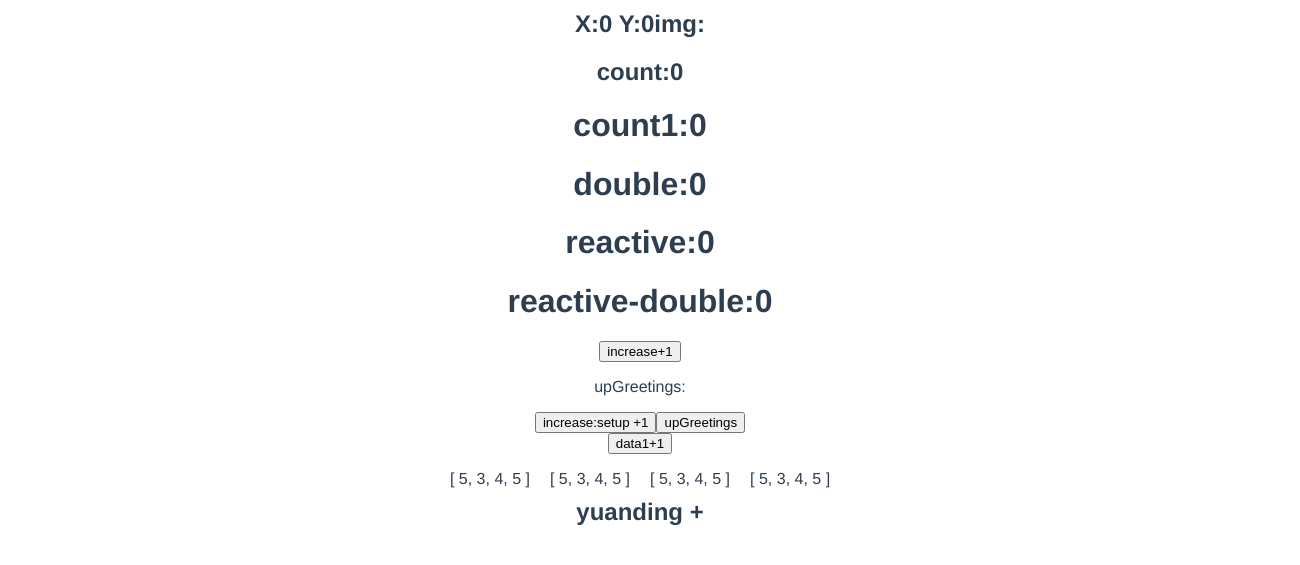
Repository: yuandinghh/vue3t2
Page: /
These files come from the project's save history. The page is drawn as it stood at one moment and after the next save; the edit follows.
The browser window is 1280 px wide. The page is 1290 px wide, then 1300 px, so the pictures cover 1300 px, including what lies to the right of the window. The pictures show the whole page.
The page's requests for data from a server got no answer. The project was rebuilt for these pictures with package versions that can differ from the ones it lists, and the page was loaded fresh each time. No one was signed in, and anything a server would have sent is missing.

Above is the page before, as saved 2023-02-27 02:24:28.

### public/index.html
<!DOCTYPE html>
<html lang="ts">

<head>
  <meta charset="utf-8">
  <meta http-equiv="X-UA-Compatible" content="IE=edge">
  <meta name="viewport" content="width=device-width,initial-scale=1.0">
  <link rel="icon" href="<%= BASE_URL %>favicon.ico">
  <style>
    body {
      margin: 0px;
      padding: -10px;

    }
  </style>
  <title> vue3</title>
</head>

<body>
  <noscript>
    <strong>We're sorry but <%= htmlWebpackPlugin.options.title %> doesn't work properly without JavaScript enabled.
        Please enable it to continue.</strong>
  </noscript>
  <div id="app"></div>
  <!-- built files will be auto injected -->
</body>

</html>

### src/App.vue

<template>
  <div id="app">
    <!-- <img alt="Vue logo" src="./assets/logo.png" /> -->
    <HelloWorld msg="Welcome to Your Vue.js + TypeScript App" />
  </div>
</template>

<script lang="ts">
import { defineComponent } from "vue";
import HelloWorld from "./components/HelloWorld.vue";
// const let a =1;
export default defineComponent({
  name: "App",

  components: {
    HelloWorld,
  },
});
</script>

<style>
#app {
  font-family: Avenir, Helvetica, Arial, sans-serif;
  -webkit-font-smoothing: antialiased;
  -moz-osx-font-smoothing: grayscale;
  text-align: center;
  color: #2c3e50;
  margin-top: 20px;
}

</style>

### src/components/HelloWorld.vue
<template>
  <div class="hello">
    <h2 v-if="loading">Loadin>>>>>.message  v-if="loaded"</h2>
    <img v-if="loaded"  :src="img">   <!--   <img v-if="loaded" :src="img"> 加了v-if="loaded"  反而无法显示 (子程序出错) -->
    <h2>X:{{ x }} Y:{{ y }}img:{{ img }}</h2>
    <h2>count:{{ count }}</h2>
    <h1>count1:{{ count1 }}</h1>
    <h1>double:{{ double }}</h1>
    <h1>reactive:{{ data1.count }}</h1>
    <h1>reactive-double:{{ data1.double }}</h1>
    <button @click="increase">increase+1</button>
    <div>
      <p>upGreetings:{{ greetings }}</p>
      <button @click="increase1">increase:setup +1</button>
      <button @click="upGreetings">upGreetings</button>
    </div>
    <button @click="data1.increase">data1+1</button>
    <ul>
      <li v-for="number in numbers" :key="number"> {{ numbers }}</li>
    </ul>
  </div>
  <h2> {{ person.name }} + {{}}</h2>
</template>

<script lang="ts">
//todo
//bug
//tag
import { defineComponent } from "vue";
import { ref, computed, reactive, toRefs, watch } from "vue";  //torefs 响应式函数,onMounted,onUnmounted onMounted,onUpdated,onRenderTriggered,
import useMousePosition from '../hooks/useMousePosition'  //获得外部函数
import useURLloader from '../hooks/useURLloader'

interface Dp {
  count: number;
  double: number;
  increase: () => void;
  numbers: number[];
  person: { name?: string }
}

export default defineComponent({
  name: "HelloWorld",
  props: {
    msg: String,
  },
  setup() {
    const { x, y } = useMousePosition()
    // onMounted(()=>{   //加载
    //   console.log('onMounted')
    // });
    // onUpdated(()=>{
    //   console.log('onUpdated')   ///更新 加载函数
    // });
    // onRenderTriggered((event) => {  //跟踪页面数值变化
    //   console.l og(event)
    // })
    const { img, result, loading, loaded } = useURLloader('https://dog.ceo/api/breeds/image/random');

    console.log("result: " + result.value + "  loading:" + loading.value + "  loaded:" + loaded)
    console.log("img::::: " + img.value)
    console.log("img " + img)
    console.log("result.value: " + result.value)

    const greetings = ref('')
    const upGreetings = () => {
      greetings.value += 'hello!'
    }
    // const x = ref(0);    const y = ref(0)  //已经转移到新的文件夹中
    // const upateMouse = (e:MouseEvent) => {  //监控屏幕坐标
    //   x.value = e.pageX
    //   y.value = e.pageY
    // }
    //   onMounted(() => {
    //     document.addEventListener('click', upateMouse)
    //   })
    //   onUnmounted(()=> {
    //     document.removeEventListener('click',upateMouse)
    //   })
    watch(greetings, (newValue, oldValue) => {  //监控 点击前后数值
      console.log("newValue: " + newValue + "  oldValue:" + oldValue)
      document.title = 'updated' + greetings.value
    });

    const count1 = ref(0);
    // const double = computed(() => {
    //   return count1.value * 2;
    // });
    const increase1 = () => {
      count1.value++;
    };

    const data1: Dp = reactive({
      count: 0,
      increase: () => { data1.count++; },
      double: computed(() => data1.count * 3),
      numbers: [0, 3, 4, 5],
      person: {}
    });
    data1.numbers[0] = 5
    data1.person.name = "yuanding"
    const refdata = toRefs(data1) //
    refdata.double
    return {
      count1,
      increase1,      //double,
      data1,
      upGreetings,
      greetings,
      x, y, img,
      result,
      loaded, loading,
      ...refdata    //全部响应式对象
    };
  },
  data() {
    return {
      count: 0,
    };
  },

  methods: {
    increase() {
      this.count++;
    },
  },
});
</script>
ø
<!-- Add "scoped" attribute to limit CSS to this component only -->
<style scoped>
.hello{
  padding: -10px;
  margin: -10px;
}
  h1 h2  h3 {
  margin: 40px 0 0;
  padding: -10px;
}

ul {
  list-style-type: none;
  padding: 0;
}

li {
  display: inline-block;
  margin: 0 10px;
}

a {
  color: #42b983;
}
</style>

### src/hooks/useMousePosition.ts
import { ref, onMounted, onUnmounted }   from 'vue'
function  useMousePosition() {
    const x = ref(0); const y = ref(0)
    const upateMouse = (e: MouseEvent) => {  //监控屏幕坐标
        x.value = e.pageX
        y.value = e.pageY
    }
    onMounted(() => {
        document.addEventListener('click', upateMouse)
    })
    onUnmounted(() => {
        document.removeEventListener('click', upateMouse)
    })
    return {x,y}
}
export default useMousePosition

### src/hooks/useURLloader.ts
import axios from 'axios';
import { ref } from 'vue'

function useURLloader(url: string) {
    const result = ref(null)
    const loading = ref(true)
    const loaded = ref(false)
    const error = ref(null)
    const img = ref('')    //ref(String)

    axios.get(url).then((rawData) => {
        console.log("rawData:" + rawData)
        loading.value = false
        loaded.value = true
        result.value = rawData.data.message
        console.log('ts:result.value:' + result.value)
        img.value = rawData.data.message
        console.log('img:?' + img.value)
        console.log(rawData.data.status)
    }).catch((e) => {
        error.value = e
        loading.value = false
        console.log(e)
    })
    return {
        result, loaded, loading, error, img
    }
}
export default useURLloader

Loaded but not shown: src/main.ts (common file)

After the next save:
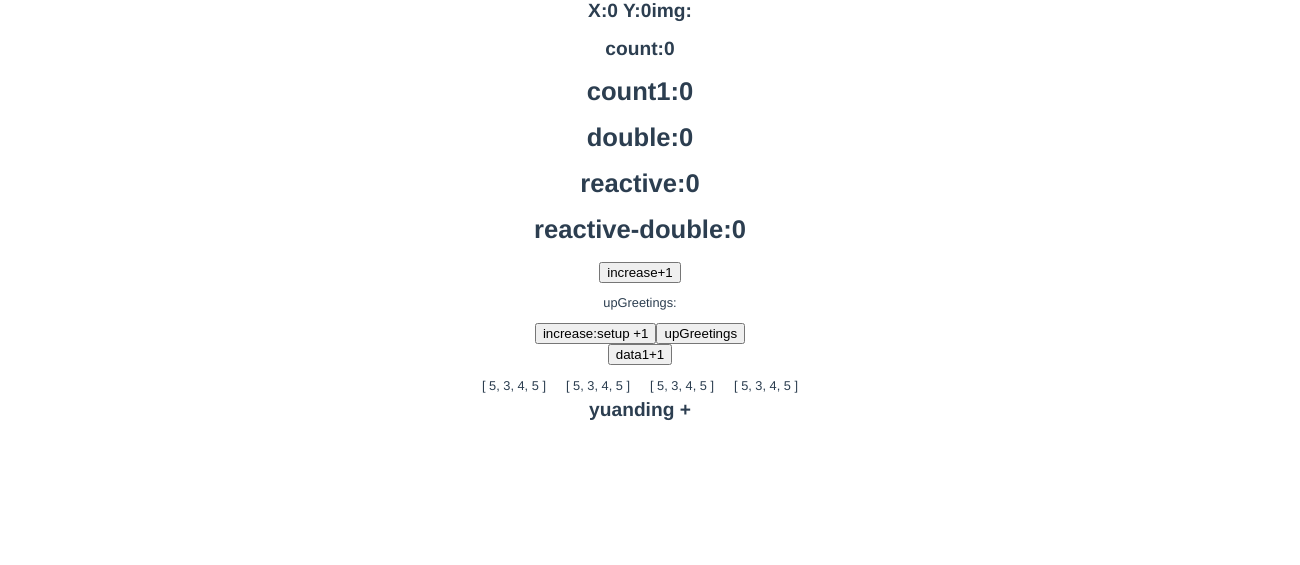
Saved 81 s later.
--- a/public/index.html
+++ b/public/index.html
@@ -12,6 +12,14 @@
       padding: -10px;
 
     }
+      html {
+            font-family: sans-serif;
+            /* 默认字体 */
+            font-size: 80%;
+            /* 调整字体大小 */
+            margin: -10px;
+            padding: -10px;
+        }
   </style>
   <title> vue3</title>
 </head>
